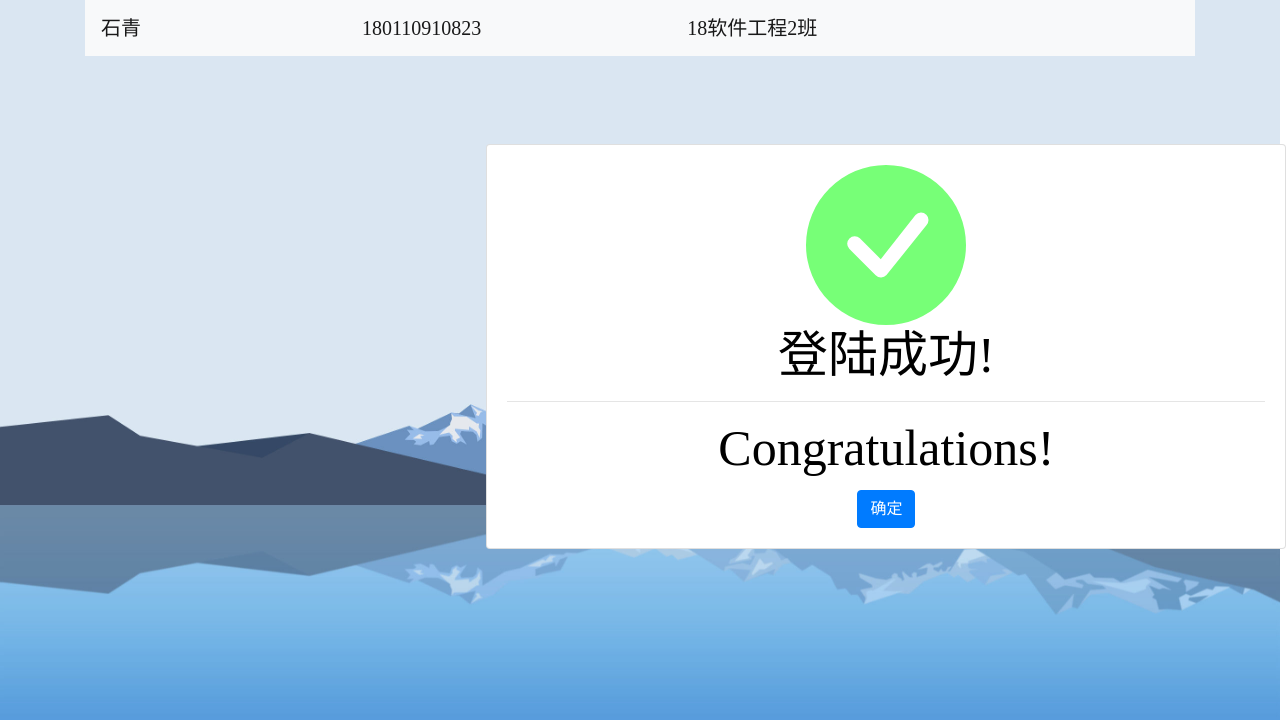
Repository: sqsssq/JavaWeb
Page: class1/IDEA/web/successful.html
The author's editor kept a copy of each file at every save. The page is drawn from the files as they stood at one save, then again after the next save.
The browser window is 1280 px wide. The page is 1286 px wide, so the pictures cover 1286 px, including what lies to the right of the window. The pictures show the whole page.

Above is the page before, as saved 2020-09-25 00:47:29.

### class1/IDEA/web/successful.html
<!--
 * @Author: your name
 * @Date: 2020-09-23 10:46:47
 * @LastEditTime: 2020-09-25 00:47:29
 * @LastEditors: Please set LastEditors
 * @Description: In User Settings Edit
 * @FilePath: \IDEA\web\successful.html
-->
<!DOCTYPE html>
<html lang="en">

<head>
    <meta charset="UTF-8">
    <meta name="viewport" content="width=device-width, initial-scale=1, shrink-to-fit=no">
    <link rel="stylesheet" href="https://cdn.jsdelivr.net/npm/bootstrap@4.5.0/dist/css/bootstrap.min.css"
        integrity="sha384-9aIt2nRpC12Uk9gS9baDl411NQApFmC26EwAOH8WgZl5MYYxFfc+NcPb1dKGj7Sk" crossorigin="anonymous">
    <script src="https://cdn.jsdelivr.net/npm/jquery@3.5.1/dist/jquery.slim.min.js"
        integrity="sha384-DfXdz2htPH0lsSSs5nCTpuj/zy4C+OGpamoFVy38MVBnE+IbbVYUew+OrCXaRkfj" crossorigin="anonymous">
    </script>
    <script src="https://cdn.jsdelivr.net/npm/popper.js@1.16.0/dist/umd/popper.min.js"
        integrity="sha384-Q6E9RHvbIyZFJoft+2mJbHaEWldlvI9IOYy5n3zV9zzTtmI3UksdQRVvoxMfooAo" crossorigin="anonymous">
    </script>
    <script src="https://cdn.jsdelivr.net/npm/bootstrap@4.5.0/dist/js/bootstrap.min.js"
        integrity="sha384-OgVRvuATP1z7JjHLkuOU7Xw704+h835Lr+6QL9UvYjZE3Ipu6Tp75j7Bh/kR0JKI" crossorigin="anonymous">
    </script>

    <title>Title</title>
    <style>
        html {
            height: 100%;
        }

        body {
            height: 100%;
            background-image: url("./img/bcg2.jpg");
            background-repeat: no-repeat;
            background-size: 100% 100%;
            background-position: center center;
        }
    </style>
</head>

<body>
    <div class="container" style="font-family: 华文行楷;">
        <nav class="navbar navbar-expand-lg navbar-light bg-light">
            <a class="navbar-brand" href="#">石青
                &nbsp;&nbsp;&nbsp;&nbsp;&nbsp;&nbsp;&nbsp;&nbsp;&nbsp;&nbsp;&nbsp;&nbsp;&nbsp;&nbsp;&nbsp;&nbsp;&nbsp;&nbsp;&nbsp;&nbsp;&nbsp;&nbsp;&nbsp;&nbsp;&nbsp;&nbsp;&nbsp;&nbsp;&nbsp;&nbsp;&nbsp;&nbsp;&nbsp;&nbsp;&nbsp;&nbsp;&nbsp;&nbsp;&nbsp;&nbsp;</a>
            <a class="navbar-brand"
                href="#">180110910823&nbsp;&nbsp;&nbsp;&nbsp;&nbsp;&nbsp;&nbsp;&nbsp;&nbsp;&nbsp;&nbsp;&nbsp;&nbsp;&nbsp;&nbsp;&nbsp;&nbsp;&nbsp;&nbsp;&nbsp;&nbsp;&nbsp;&nbsp;&nbsp;&nbsp;&nbsp;&nbsp;&nbsp;&nbsp;&nbsp;&nbsp;&nbsp;&nbsp;&nbsp;&nbsp;&nbsp;&nbsp;&nbsp;</a>
            <a class="navbar-brand" href="#">18软件工程2班</a>

        </nav>
        <form method="post" action="loginAction.jsp">

            <!--    <form>-->
            <div class="card"
                style="width: 50rem; position:absolute; left: 38%; float: left; top: 20%; background-color: white;">
                <div class="card-body" style="text-align: center;">

                    <!-- <img src="..." class="card-img-top" alt="..."> -->
                    <svg width="10em" height="10em" viewBox="0 0 16 16" class="bi bi-check-circle-fill"
                        fill="#7f7f" xmlns="http://www.w3.org/2000/svg">
                        <path fill-rule="evenodd"
                            d="M16 8A8 8 0 1 1 0 8a8 8 0 0 1 16 0zm-3.97-3.03a.75.75 0 0 0-1.08.022L7.477 9.417 5.384 7.323a.75.75 0 0 0-1.06 1.06L6.97 11.03a.75.75 0 0 0 1.079-.02l3.992-4.99a.75.75 0 0 0-.01-1.05z" />
                    </svg>
                    <h3 class="card-title" style="color: black; font-size: 50px;">登陆成功!</h3>
                    <hr>
                    <h3 class="card-title" style="color: black; font-size: 50px;">Congratulations!</h3>
                    <input class="btn btn-primary" value="确定" id="btn1" type="submit">
                    <!--            <input  class="btn btn-success" value="注册" id="btn2" type="submit">-->
                    <!--            <button class="btn btn-block" id="btn">登陆</button>-->
                </div>
            </div>
        </form>
    </div>
</body>

</html>

After the next save:
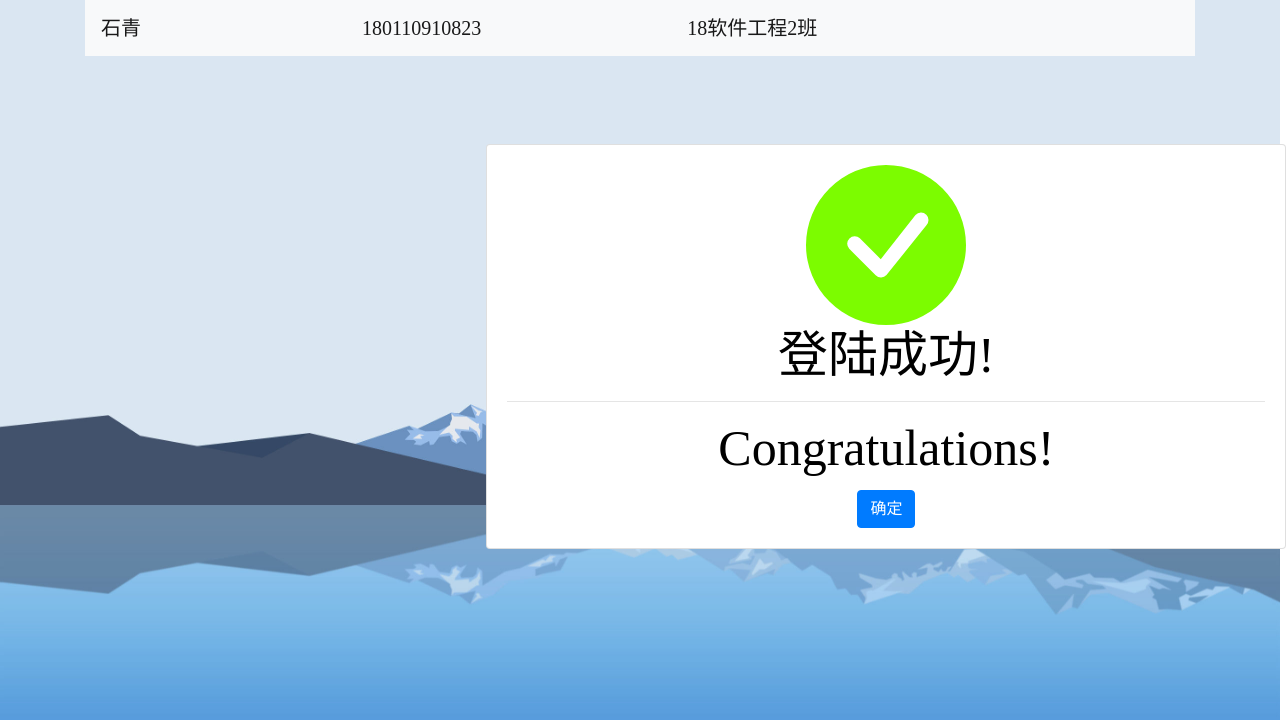
Saved 30 s later.
--- a/class1/IDEA/web/successful.html
+++ b/class1/IDEA/web/successful.html
@@ -59,7 +59,7 @@
 
                     <!-- <img src="..." class="card-img-top" alt="..."> -->
                     <svg width="10em" height="10em" viewBox="0 0 16 16" class="bi bi-check-circle-fill"
-                        fill="#7f7f" xmlns="http://www.w3.org/2000/svg">
+                        fill="#7CFC00" xmlns="http://www.w3.org/2000/svg">
                         <path fill-rule="evenodd"
                             d="M16 8A8 8 0 1 1 0 8a8 8 0 0 1 16 0zm-3.97-3.03a.75.75 0 0 0-1.08.022L7.477 9.417 5.384 7.323a.75.75 0 0 0-1.06 1.06L6.97 11.03a.75.75 0 0 0 1.079-.02l3.992-4.99a.75.75 0 0 0-.01-1.05z" />
                     </svg>
